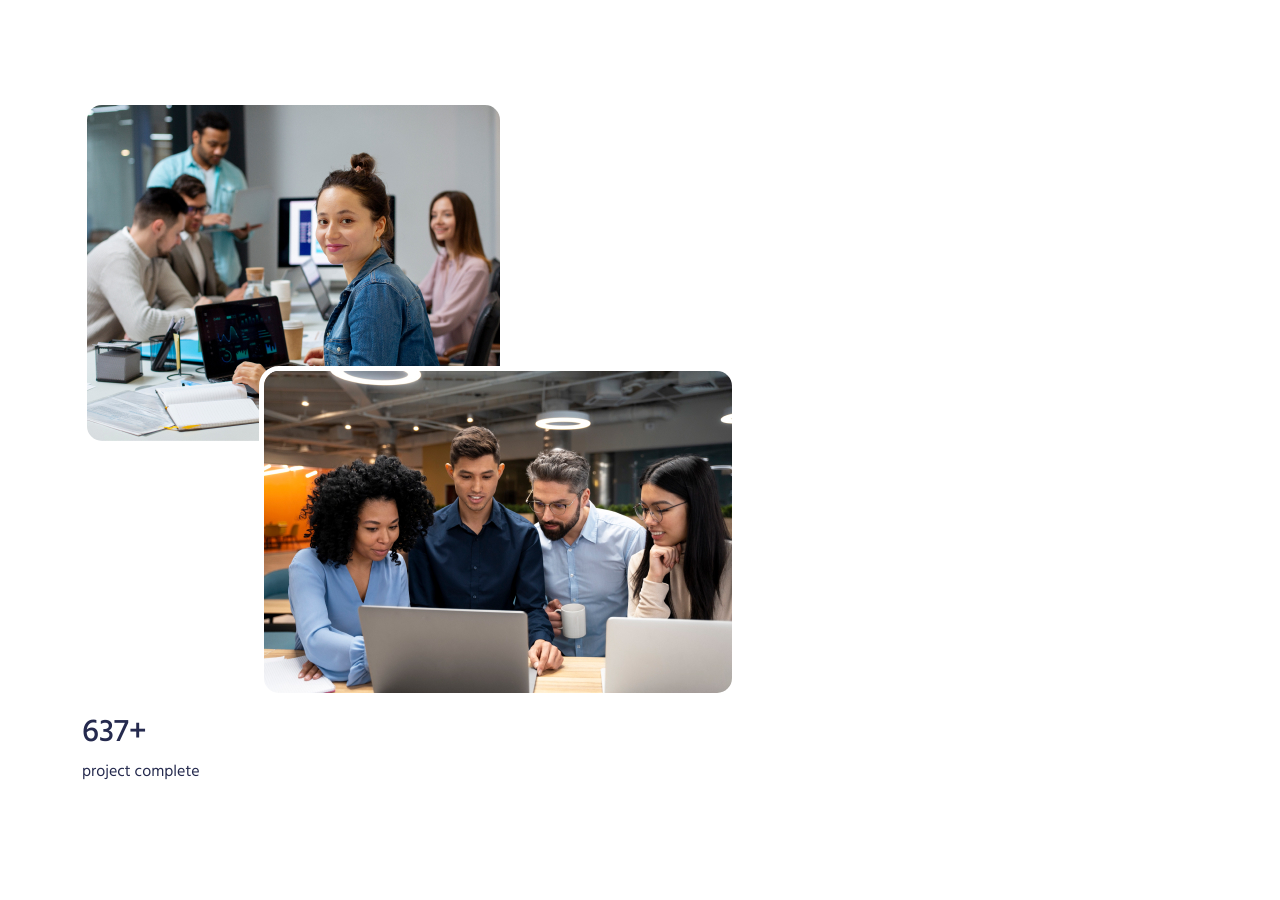
Repository: tagnam/mirehel2.0
Page: about.html
These files come from the project's save history. The page is drawn as it stood at one moment and after a run of saves; the edit follows.
The browser window is 1280 px wide. The pictures show the whole page.

Above is the page before, as saved 2025-02-03 11:58:11.

### about.html
<!DOCTYPE html>
<html lang="en">
<head>
    <meta charset="UTF-8">
    <meta name="viewport" content="width=device-width, initial-scale=1.0">
    <title>about</title>
    <link href="https://cdn.jsdelivr.net/npm/bootstrap@5.0.2/dist/css/bootstrap.min.css" rel="stylesheet" integrity="sha384-EVSTQN3/azprG1Anm3QDgpJLIm9Nao0Yz1ztcQTwFspd3yD65VohhpuuCOmLASjC" crossorigin="anonymous">
    <link rel="stylesheet" href="style/css/animation.css">
    <link rel="stylesheet" href="style/css/style.css">
    <link rel="stylesheet" href="style/css/animation.css">
</head>
<body>
<!--======================================== about section ==================================== -->


<section>
    <div class="container">
        <div class="row">
            <div class="col-lg-6">
                <div class="about-left">
                    <figure class="about-img-container">
                        <img class="about-img-001 A-image01" src="images/about-img-1.jpg" alt="">
                        <img class="about-img-001 A-image02" src="images/about-img-2.jpg" alt="">
                    </figure>
                    <div class="project-counter">

                            <h2>637+</h2>
                            <p> project complete </p>
                    </div>

                </div>
            </div>
            <div class="col-lg-6"></div>
        </div>
    </div>
</section>

<!--======================================== end about section ==================================== -->












    <script src="https://cdn.jsdelivr.net/npm/bootstrap@5.0.2/dist/js/bootstrap.bundle.min.js" integrity="sha384-MrcW6ZMFYlzcLA8Nl+NtUVF0sA7MsXsP1UyJoMp4YLEuNSfAP+JcXn/tWtIaxVXM" crossorigin="anonymous"></script>
    <script src="https://cdn.jsdelivr.net/npm/@popperjs/core@2.9.2/dist/umd/popper.min.js" integrity="sha384-IQsoLXl5PILFhosVNubq5LC7Qb9DXgDA9i+tQ8Zj3iwWAwPtgFTxbJ8NT4GN1R8p" crossorigin="anonymous"></script>
    <script src="https://cdn.jsdelivr.net/npm/bootstrap@5.0.2/dist/js/bootstrap.min.js" integrity="sha384-cVKIPhGWiC2Al4u+LWgxfKTRIcfu0JTxR+EQDz/bgldoEyl4H0zUF0QKbrJ0EcQF" crossorigin="anonymous"></script>
</body>
</html>

### style/css/style.css

@import url('https://fonts.googleapis.com/css2?family=Hind:wght@300;400;500;600;700&family=Inter:ital,opsz,wght@0,14..32,100..900;1,14..32,100..900&family=Open+Sans:ital,wght@0,300..800;1,300..800&family=Oswald:wght@200..700&family=Poppins:ital,wght@0,100;0,200;0,300;0,400;0,500;0,600;0,700;0,800;0,900;1,100;1,200;1,300;1,400;1,500;1,600;1,700;1,800;1,900&family=Raleway:ital,wght@0,100..900;1,100..900&family=Roboto:ital,wght@0,100;0,300;0,400;0,500;0,700;0,900;1,100;1,300;1,400;1,500;1,700;1,900&family=Urbanist:ital,wght@0,100..900;1,100..900&display=swap');
@import url("https://cdn.jsdelivr.net/npm/bootstrap-icons@1.11.3/font/bootstrap-icons.min.css");
*{
    margin: 0;
    padding: 0;
    box-sizing: border-box;
}

:root{
    --primary-color: #252A4E;
    --secondary-color: #a249ed;

}

body{
    font-family: "Hind", serif;

    color:#252A4E;
}

section{
    padding: 100px 0;
}

.row-container{
    margin-top: 50px;
}
.banner-section{
    background-image: url(/images/banner-bg.webp);
    background-size: cover;
    background-position: center;
    /* background-attachment: fixed; */
    /* height: 100vh; */
    position: relative;
    margin: 15px;
    padding: 8px;
}
.section-btn{
    height: 100%;
    display: flex
;
    justify-content: flex-end;
    align-items: flex-end;
}

.title{
    font-size: 55px;
    font-weight: 800;
    line-height: 1;
}

.banner-img{
    position: relative;
    bottom: -89px;
}
.banner-content{
    margin-top: 100px;
    padding-right: 100px;
}

.banner-title{
    font-size: 70px;
    font-weight: 800;
    line-height: 1;
}

.banner-text{
    font-size: 20px;
    font-weight: 400;
    line-height: 1.5;
    margin-top: 20px;
    color:#515670;
}

.banner-title span{
    color: var(--secondary-color);
}
.sub-heading{
    position: relative;
    display: inline-block;
    font-size: 16px;
    letter-spacing: 0.32px;
    line-height: 26px;
    font-weight: 400;
    font-family: var(--galada);
    text-transform: uppercase;
    background: linear-gradient(90deg, #FFA835 -3.85%, #FA3DCC 97.3%, #FA3AD0 100%);
    background-clip: text;
    -webkit-background-clip: text;
    -webkit-text-fill-color: transparent;

    margin-bottom: 12px;
}




.banner-icon{
    width: 100%;
    background: linear-gradient(90deg, #9255CE -2.17%, #BE60FF 100%);
    box-shadow: 0px 0px 20px 0px rgba(0, 0, 0, 0.08);
    border-radius: 30px 45px 30px 30px;
    position: relative;
    padding: 20px;
    top: 28px;
    right: -13px;
}

.banner-icon h2{
    font-size: 45px;
    font-weight: 800;
    /* line-height: 1.5; */
    color: #fff;
    /* margin-bottom: 20px; */
    text-align: start;
    margin: unset;
    line-height: 38px;
    padding: 10px;
}

.banner-icon h4{
    font-size: 27px;
    font-weight: 600;
    line-height: 1.5;
    color: #fff;
    /* margin-top: 20px; */
    text-align: start;
    text-transform: uppercase;
}


.marquee-content{
    background: linear-gradient(90deg, #70DBFF 0%, #DD98FF 100%);
    border-radius: 0 0 35px 30px;
    overflow: hidden;
    padding: 23px 45px;
    width: 100%;
    position: absolute;
    left: 9px;
    bottom: -12px;
    display: flex;
    justify-content: space-between;
    align-items: center;
}


/* <!--===================================== about section end ========================================--> */
.about-right-container{
    padding-left: 50px;
}
.about-text p{
    font-size: 18px;
    line-height: 1.5;
    color: #515670;
    margin-top: 20px;
}

.about-img{
    position: relative;
    transform: translate(30px, 30px);
    width: 100%;
}

.about-figure{
    position: relative;
  background-color: aqua;
  padding: 20px;
}


.about-list{

    list-style: none;
    padding: unset;
}

.about-list li{
    display: flex;
    align-items: center;
    margin-bottom: 20px;
    justify-content: space-between;
}

.about-icon{

    display: flex;
    justify-content: center;
    align-items: center;
    background-color:var(--secondary-color);
    width: 78px;
    height: 84px;
    background: linear-gradient(90deg, #5A1CCB -2.17%, #815EDC 100%);
    border-radius: 50px 6px 6px 6px;
}

.about-icon .bi{
    font-size: 45px;
    color: #fff;
    display: flex;
    justify-content: center;
    align-items: center;
}


.about-list-title{
    font-size: 27px;
    line-height: 1.16;
    margin-bottom: 4px;
    font-weight: 600;
}

.about-list-text p{
    font-size: 16px;
    line-height: 1.5;
    color: #515670;
    margin: unset;
}
/* <!--===================================== about section end ========================================--> */




/* <!--===================================== service section start ========================================--> */

.service-index {
    width: 100%;
    display: flex;
    justify-content: center;
    align-items: center;
}

.service-index h2{
    position: relative;
    display: inline-block;

    letter-spacing: 0.32px;
margin: unset;
    font-weight: 600;
    font-family: var(--galada);
    text-transform: uppercase;
    background: linear-gradient(90deg, #FFA835 -3.85%, #FA3DCC 97.3%, #FA3AD0 100%);
    background-clip: text;
    -webkit-background-clip: text;
    -webkit-text-fill-color: transparent;

}

.service-title h3{
    font-size: 40px;
    font-weight: 800;
    line-height: 1;
    color: #252A4E;
    margin-bottom: 20px;
}

.service-row{
    border-bottom: 2px solid red;
    margin-bottom: 30px;
}

.service-icon{
    display: flex;
    justify-content: center;
}

.service-icon .bi{
    font-size: 45px;
    color:red;
    display: flex;
    justify-content: center;
    align-items: center;
}
/* <!--===================================== service section end ========================================--> */




/* <!--===================================== project section start========================================--> */




/* <!--===================================== project section start========================================--> */





/* <!--===================================== testimonial section start========================================--> */


.testimonial-card{
    background: linear-gradient(90deg, #70DBFF 0%, #DD98FF 100%);
    padding: 0px 20px;
    border-radius: 20px;
}


.testimonial-img{
    height: 58px;
    width: 58px;
    background: red;
    border-radius: 64%;
    border: 2px solid;
}

.testimonial-top{
    padding-bottom: 20px;
    border-bottom: 1px solid #fff;

}


.testimonial-bottom h2{
    font-size: 65px;
    font-weight: 600;
    line-height: 1.5;
    color: #fff;
    margin-top: 20px;
    text-align: start;
    text-transform: uppercase;
}

.testimonial-bottom p{
    font-size: 20px;
    line-height: 1.5;
    color: #fff;
    margin: unset;
}

  .testimonial .testimonial-content {
    margin: 10px 10px 0;
    /* background: #efefef; */
    padding: 0px 60px;
    position: relative;
    border: none;
    border-radius: 8px;
    font-style: italic;
    font-size: 25px;
    border: 2px solid;
    border-radius: 20px;
  }

  .testimonial .testimonial-content:before,
  .testimonial .testimonial-content:after {
    content: "\201C";
    position: absolute;
    font-size: 80px;
    line-height: 1;
    color: #757f9a;
    font-style: normal;
  }

  .testimonial .testimonial-content:before {
    top: 0;
    left: 10px;
  }

  .testimonial .testimonial-content:after {
    content: "\201D";
    right: 10px;
    bottom: -0.5em;
  }

.testimonial-start{
    display: flex    ;
        justify-content: left;
        align-items: center;
        margin: 20px 0px;
}

.testimonial-start .bi{
    margin: 0px 5px;
    font-size: 20px;
}
/* <!--===================================== testimonial section start========================================--> */

/* <!--===================================== project section start========================================--> */
.project-img{
    height: 550px;
}

.project-card .project-img {
    transition: 1ms ease-in-out;
}

.project-card:hover .project-img{
    transform: scaleX(1) scaleY(1) scaleZ(0.1) rotateX(15deg) rotateY(0deg) rotateZ(0deg) translateX(0px) translateY(0px) translateZ(0px) skewX(0deg) skewY(0deg);
}

.project-content{
    margin-top: -100px;
    z-index: 1;
}
/* <!--===================================== project section end========================================--> */



/* <!--===================================== choice section start========================================--> */

.choice-container{
    position: relative;
    padding: 10px;
    background-color: transparent;
height: 400px;
border: 15px solid transparent;
  /* border-image:linear-gradient(180deg, red 0%, #00000000 90.04%); */
  /* border-image:linear-gradient(180deg, #00000000  0%, red 90.04%); */
  border-image-slice: 1;
border-radius: 20px;
background: linear-gradient(white, white) padding-box,
linear-gradient(180deg, red 0%, #00000000 90.04%) border-box;
}

/* <!--===================================== choice section end========================================--> */


















/* ----------------------------new about  */

.about-img-container{
    position: relative;
}
.about-img-001{
    border-radius: 20px;
    border: 5px solid #fff;
}

.A-image01{

}

.A-image02{
    margin-top: -80px;
    margin-left: 177px;
}

Loaded but not shown: style/css/animation.css (no stored copy; drawn as an empty file)

After the next 2 saves:
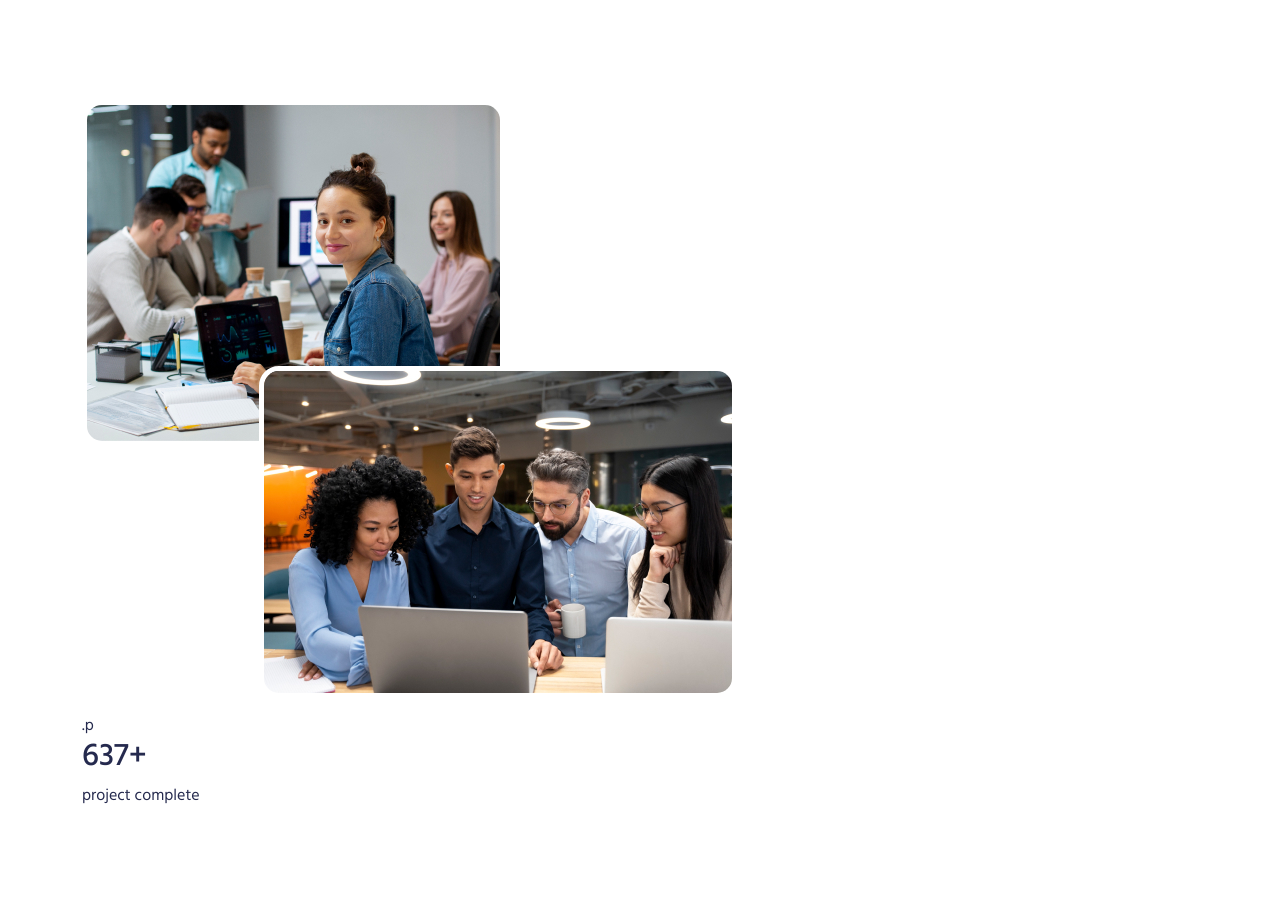
The 2 saves are shown as one change because they came seconds apart.
The last was saved 6 s later.
--- a/about.html
+++ b/about.html
@@ -23,7 +23,7 @@
                         <img class="about-img-001 A-image02" src="images/about-img-2.jpg" alt="">
                     </figure>
                     <div class="project-counter">
-
+                        .p
                             <h2>637+</h2>
                             <p> project complete </p>
                     </div>
